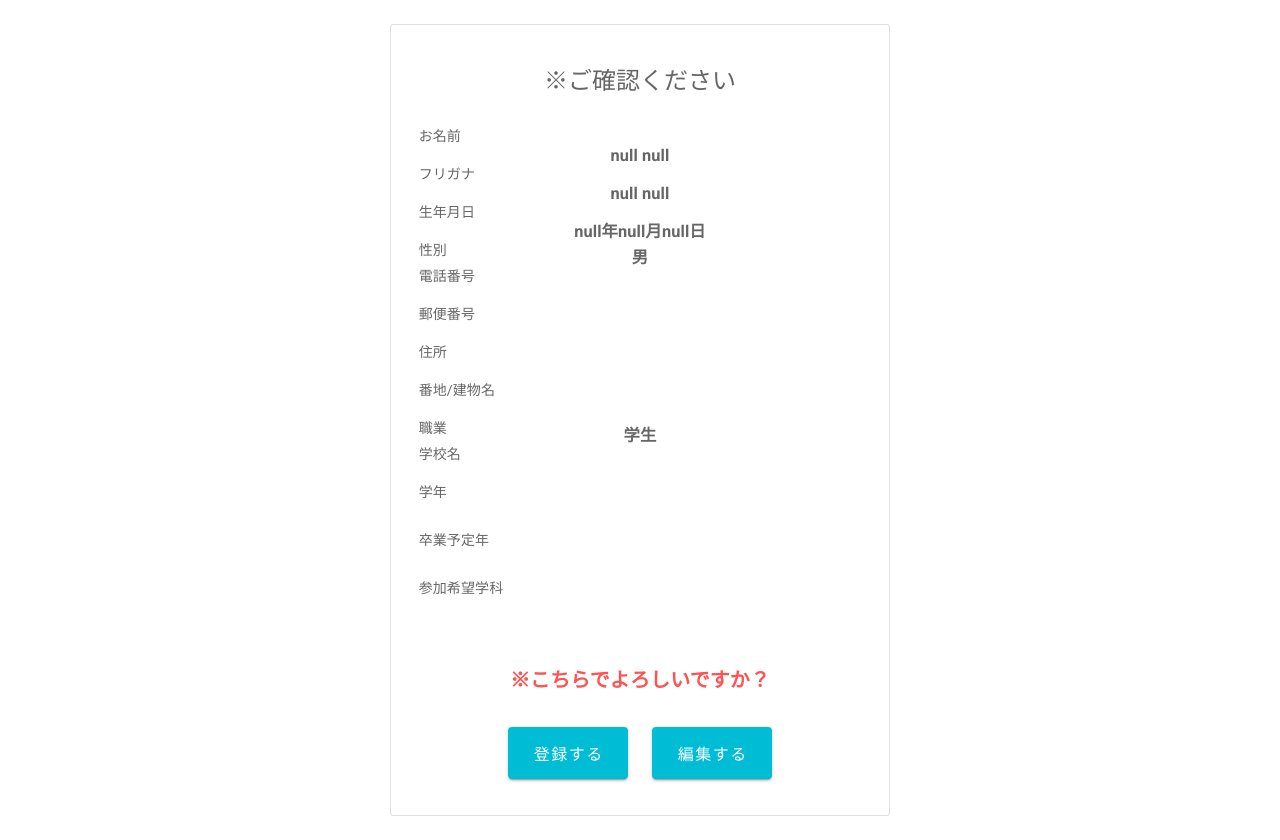
Repository: taniwhy/open-campus-system
Page: /#/register_confirmation (app in client_view/)
The author's editor kept a copy of each file at every save. The page is drawn from the files as they stood at one save, then again after the next save.
The browser window is 1280 px wide. The pictures show the whole page.
The page's requests for data from a server got no answer. The project was rebuilt for these pictures with package versions that can differ from the ones it lists, and the page was loaded fresh each time. No one was signed in, and anything a server would have sent is missing. Also part of the build but not shown: client_view/vue.config.js, client_view/src/views/Home.vue, client_view/src/views/Login.vue, client_view/src/views/Admin.vue, client_view/src/views/Base.vue, client_view/src/components/Register.vue, client_view/src/components/Reregister.vue, client_view/src/components/Reconfirmation.vue and 3 more.

Above is the page before, as saved 2019-12-07 01:53:19.

### client_view/public/index.html
<!DOCTYPE html>
<html lang="en">
  <head>
    <meta charset="utf-8">
    <meta http-equiv="X-UA-Compatible" content="IE=edge">
    <meta name="viewport" content="width=device-width,initial-scale=1.0">
    <link rel="icon" href="<%= BASE_URL %>favicon.ico">
    <title>client_view</title>
    <link rel="stylesheet" href="https://fonts.googleapis.com/css?family=Roboto:100,300,400,500,700,900">
    <link rel="stylesheet" href="https://cdn.jsdelivr.net/npm/@mdi/font@latest/css/materialdesignicons.min.css">
  </head>
  <body>
    <noscript>
      <strong>We're sorry but client_view doesn't work properly without JavaScript enabled. Please enable it to continue.</strong>
    </noscript>
    <div id="app"></div>
    <!-- built files will be auto injected -->
  </body>
</html>

### client_view/src/main.js
/**
 * 全てのページに適用されるScript
 */
import Vue from 'vue'
import App from './App.vue'
import router from './router'
import store from './store'
import vuetify from './plugins/vuetify';

Vue.config.productionTip = false;
Vue.config.devtools = true;

new Vue({
    /***
     * プラグイン設定
     */
    router,
    store,
    vuetify,
    /**
     * App配下をレンダリング
     */
    render: h => h(App)
        /**
         * /public/index.htmlのid: appにマウント
         */
}).$mount('#app')

### client_view/src/App.vue
<template>
  <v-app>
    <router-view></router-view>
  </v-app>
</template>
<script>
/**
 * 全てのページのベース
 */
export default {
  components: {},
  data: () => ({
  })
};
</script>

### client_view/src/store/index.js
import Vue from 'vue'
import Vuex from 'vuex'
import axios from 'axios'
import routes from '../router/index'

Vue.use(Vuex)

axios.defaults.xsrfCookieName = 'csrftoken'
axios.defaults.xsrfHeaderName = 'X-CSRFToken'

/**
 * 全てのページで使用できる全体の状態管理
 */
export default new Vuex.Store({
    /**
     * idTokn: 認証用のトークン
     * loggedIn: ログイン状態管理
     * login_erro: 表示出力判定
     * loading: 表示出力判定
     */
    state: {
        idToken: "",
        loggedIn: false,
        login_error: false,
        loading: false
    },
    getters: {
        idToken: state => state.idToken,
        loggedIn: state => state.loggedIn,
        login_error: state => state.login_error,
        loading: state => state.loading
    },
    mutations: {
        storeIdToken(state, idToken) {
            state.idToken = idToken;
            state.loggedIn = true
        },
        remove_storeIdToken(state) {
            state.idToken = "";
            state.loggedIn = false
        },
        login_success(state) {
            state.login_error = false
        },
        login_error(state) {
            state.login_error = true
        },
        loading_on(state) {
            state.loading = true
        },
        loading_off(state) {
            state.loading = false
        }
    },
    actions: {
        /**
         * ログイン処理
         * @param {Object} auth 認証に使用するIDとPASS
         */
        login({
            commit
        }, auth) {
            commit('login_success')
            commit('loading_on')
            axios
                .post("http://127.0.0.1:8000/auth/", {
                    username: auth.username,
                    password: auth.password,
                })
                /**
                 * 正常終了処理
                 */
                .then(response => {
                    commit('storeIdToken', response.data)
                    routes.push("/admin")
                })
                /**
                 * エラー処理
                 */
                .catch(error => {
                    console.log(error.response);
                    commit('loading_off')
                    commit('login_error')
                });
        },
        /**
         * ログアウト処理
         */
        logout({
            commit
        }) {
            commit('remove_storeIdToken')
            routes.push("/login")
        }
    }
})

### client_view/src/views/FormBase.vue
<!-- フォームのベース -->
<template>
  <div>
    <router-view v-bind:data.sync="data"></router-view>
  </div>
</template>

<script>
import axios from "axios";

export default {
  data() {
    return {
      /**
       * フォームで使用する共通データ
       * @type {Object}
       */
      data: {
        /**
         * APIリクエスト時に付与するパラメタ
         * @type {Object}
         */
        form: {
          family_name: null,
          first_name: null,
          family_name_reading: null,
          first_name_reading: null,
          birth_year: null,
          birth_month: null,
          birth_day: null,
          gender: null,
          phone_number: null,
          postal_code: null,
          street_address: null,
          address: null,
          job: null,
          school_name: "",
          school_year: "",
          graduate_year: "",
          graduate_check: false,
          graduate_qualification: false
        },
        /**
         * 性別の初期値
         * @type {Boolean}
         */
        picked: null,
        /**
         * 職業の初期値
         * @type {Boolean}
         */
        picked_job: null,
        /**
         * 既卒判定の初期値
         * @type {Boolean}
         */
        picked_guraduate_check: null,
        /**
         * 高認判定の初期値
         * @type {Boolean}
         */
        picked_graduate_qualification: null,
        /**
         * 参加希望学科
         * @type {String}
         */
        join_subject: null,
        /**
         * 学生/既卒フォーム表示判定
         * @type {Boolean}
         */
        student_check: true,
        /**
         * 誕生年のセレクトデータ
         * @type {String}}
         */
        years_list: [],
        /**
         * 誕生月のセレクトデータ
         * @type {String}}
         */
        months_list: [],
        /**
         * 誕生日のセレクトデータ
         * @type {String}}
         */
        days_list: [],
        /**
         * 学年のセレクトデータ
         * @type {String}}
         */
        school_year_list: ["1学年", "2学年", "3学年", "4学年"],
        /**
         * 卒業年のセレクトデータ
         * @type {String}}
         */
        graduate_year_list: ["2020年", "2021年", "2022年", "2023年"],
        /**
         * 参加希望学科のセレクトデータ
         * @type {String}}
         */
        subject_list: []
      }
    };
  },
  mounted: function() {
    this.create_birth();
    axios
      .get("http://127.0.0.1:8000/api/subject/")
      .then(response => this.subject_push(response.data));
  },
  methods: {
    create_birth: function() {
      for (var y = 2019; y >= 1900; y--) {
        this.data.years_list.push(y);
      }
      for (var m = 1; m < 13; m++) {
        this.data.months_list.push(m);
      }
      for (var d = 1; d < 32; d++) {
        this.data.days_list.push(d);
      }
    },
    subject_push: function(response) {
      for (var key in response) {
        this.data.subject_list.push(response[key].subject_name);
      }
    }
  }
};
</script>

### client_view/src/components/RegisterConfirmation.vue
<template>
  <v-app>
    <v-content>
      <br />
      <!-- フォーム用カード -->
      <v-card class="mx-auto" width="500px" max-width="90%" outlined>
        <v-card-text>
          <v-col align="center" justify="center">
            <v-list-item-content>
              <v-list-item-title class="headline mb-1">※ご確認ください</v-list-item-title>
            </v-list-item-content>
          </v-col>

          <!-- カード配置用コンテナ -->
          <v-container style="width: 95%;" fluid>
            <v-row style="height: 20px;">
              <p style="text-align: left;">お名前</p>
            </v-row>
            <v-row style="height: 20px;" justify="center">
              <h3 style="text-align: left;">{{data.form.family_name + " " +data.form.first_name}}</h3>
            </v-row>
            <br />
            <!-- フリガナフォーム -->
            <v-row style="height: 20px;">
              <p style="text-align: left;">フリガナ</p>
            </v-row>
            <v-row style="height: 20px;" justify="center">
              <h3
                style="text-align: left;"
              >{{data.form.family_name_reading + " " + data.form.first_name_reading}}</h3>
            </v-row>
            <br />

            <!-- 生年月日フォーム -->
            <v-row style="height: 20px;">
              <p style="text-align: left;">生年月日</p>
            </v-row>

            <v-row style="height: 20px;" justify="center">
              <h3
                style="text-align: left;"
              >{{data.form.birth_year + "年" + data.form.birth_month + "月" + data.form.birth_day + "日"}}</h3>
            </v-row>
            <br />

            <!-- 性別フォーム -->
            <v-row style="height: 20px;">
              <p style="text-align: left;">性別</p>
            </v-row>
            <div v-if="data.form.gender">
              <v-row style="height: 20px;" justify="center">
                <h3 style="text-align: left;">女</h3>
              </v-row>
              <br />
            </div>
            <div v-if="!data.form.gender">
              <v-row style="height: 20px;" justify="center">
                <h3 style="text-align: left;">男</h3>
              </v-row>
              <br />
            </div>

            <!-- 電話番号フォーム -->
            <v-row style="height: 20px;">
              <p style="text-align: left;">電話番号</p>
            </v-row>
            <v-row style="height: 20px;" justify="center">
              <h3 style="text-align: left;">{{data.form.phone_number}}</h3>
            </v-row>
            <br />

            <!-- 郵便番号フォーム -->
            <v-row style="height: 20px;">
              <p style="text-align: left;">郵便番号</p>
            </v-row>
            <v-row style="height: 20px;" justify="center">
              <h3 style="text-align: left;">{{data.form.postal_code}}</h3>
            </v-row>
            <br />

            <!-- 住所フォーム -->
            <v-row style="height: 20px;">
              <p style="text-align: left;">住所</p>
            </v-row>
            <v-row style="height: 20px;" justify="center">
              <h3 style="text-align: left;">{{data.form.street_address}}</h3>
            </v-row>
            <br />

            <!-- 番地/建物名フォーム -->
            <v-row style="height: 20px;">
              <p style="text-align: left;">番地/建物名</p>
            </v-row>
            <v-row style="height: 20px;" justify="center">
              <h3 style="text-align: left;">{{data.form.address}}</h3>
            </v-row>
            <br />

            <!-- 職業フォーム -->
            <v-row style="height: 20px;">
              <p style="text-align: left;">職業</p>
            </v-row>
            <div v-if="data.student_check">
              <v-row style="height: 20px;" justify="center">
                <h3 style="text-align: left;">学生</h3>
              </v-row>
              <br />
            </div>
            <div v-if="!data.student_check">
              <v-row style="height: 20px;" justify="center">
                <h3 style="text-align: left;">その他</h3>
              </v-row>
              <br />
            </div>

            <!-- 職業が学生なら表示 -->
            <div v-if="data.student_check">
              <v-row style="height: 20px;">
                <p style="text-align: left;">学校名</p>
              </v-row>
              <v-row style="height: 20px;" justify="center">
                <h3 style="text-align: left;">{{data.form.school_name}}</h3>
              </v-row>
              <br />

              <v-row style="height: 30px;">
                <p style="text-align: left;">学年</p>
              </v-row>
              <v-row style="height: 20px;" justify="center">
                <h3 style="text-align: left;">{{data.form.school_year}}</h3>
              </v-row>
              <br />

              <v-row style="height: 30px;">
                <p style="text-align: left;">卒業予定年</p>
              </v-row>
              <v-row style="height: 20px;" justify="center">
                <h3 style="text-align: left;">{{data.form.graduate_year}}</h3>
              </v-row>
              <br />
            </div>

            <!-- 職業がその他なら表示 -->
            <div v-if="!data.student_check">
              <v-row style="height: 30px;">
                <p style="text-align: left;">高校卒業済み</p>
              </v-row>
              <div v-if="data.form.graduate_check">
                <v-row style="height: 20px;" justify="center">
                  <h3 style="text-align: left;">はい</h3>
                </v-row>
                <br />
              </div>
              <div v-if="!data.form.graduate_check">
                <v-row style="height: 20px;" justify="center">
                  <h3 style="text-align: left;">いいえ</h3>
                </v-row>
                <br />
              </div>
              <v-row style="height: 30px;">
                <p style="text-align: left;">高等学校卒業程度認定試験取得済み</p>
              </v-row>
              <div v-if="data.form.graduate_qualification">
                <v-row style="height: 20px;" justify="center">
                  <h3 style="text-align: left;">はい</h3>
                </v-row>
                <br />
              </div>
              <div v-if="!data.form.graduate_qualification">
                <v-row style="height: 20px;" justify="center">
                  <h3 style="text-align: left;">いいえ</h3>
                </v-row>
                <br />
              </div>
            </div>

            <!-- 参加希望学科フォーム -->
            <v-row style="height: 30px;">
              <p style="text-align: left;">参加希望学科</p>
            </v-row>
            <v-row style="height: 20px;" justify="center">
              <h3 style="text-align: left;">{{data.join_subject}}</h3>
            </v-row>
            <br />
            <br />
            <br />

            <v-row align="center" justify="center">
              <div max-width="95%">
                <p style="font-size: 20px;color: #FF5252; font-weight: 600;">※こちらでよろしいですか？</p>
              </div>
              <v-card-actions>
                <v-col>
                  <v-btn
                    class="white--text"
                    x-large
                    app
                    color="cyan"
                    dark
                    width="120px"
                    v-on:click="form_post"
                    @click="overlay = true"
                  >登録する</v-btn>
                </v-col>
                <v-col>
                  <v-btn
                    class="white--text"
                    x-large
                    app
                    color="cyan"
                    dark
                    width="120px"
                    v-on:click="$router.back()"
                  >編集する</v-btn>
                </v-col>
              </v-card-actions>
            </v-row>
            <!-- 登録ボタン -->
          </v-container>
        </v-card-text>
      </v-card>
      <div class="text-center">
        <v-overlay :value="overlay" color="grey darken-4">
          <div v-if="loading">
            <v-progress-circular :size="50" color="light-blue lighten-3" indeterminate></v-progress-circular>
          </div>
          <div v-if="succeeded_register">
            <h2>登録完了しました!</h2>
            <v-btn x-large flat to="/" class="ma-2" app color="cyan" dark width="120px">OK</v-btn>
          </div>
          <div v-if="failed_register">
            <h2>登録が成功しませんでした。</h2>
            <h2>もう一度最初からお願いします。</h2>
            <v-btn x-large flat to="/" class="ma-2" app color="cyan" dark width="120px">戻る</v-btn>
          </div>
        </v-overlay>
      </div>
      <br />
    </v-content>
  </v-app>
</template>

<script>
import axios from "axios";
import settings from "..//local_settings.json";

export default {
  props: {
    /**
     * バインディングデータ
     */
    data: Object
  },
  data() {
    return {
      /**
       * ヘッダーに付与する認証情報
       * @type {json}
       */
      settings: settings,
      /**
       * POST送信時に付与するパラメタ
       * @type {json}
       */
      form: {},
      /**
       * POST送信時のフォームに付与する生年月日フィールド
       * @type {String}
       */
      birthday: null,
      /**
       * POST送信時のローディング用オーバーレイ表示判定
       * @type {Boolean}
       */
      overlay: false,
      /**
       * ローディングアニメーション表示判定
       * @type {Boolean}
       */
      loading: true,
      /**
       * 登録成功表示判定
       * @type {Boolean}
       */
      succeeded_register: false,
      /**
       * 登録失敗表示判定
       * @type {Boolean}
       */
      failed_register: false
    };
  },
  methods: {
    /**
     * POST送信時に付与するパラメタのフォーマット
     */
    form_format() {
      this.birthday =
        this.data.form.birth_year +
        "-" +
        this.data.form.birth_month +
        "-" +
        this.data.form.birth_day;
      this.form = {
        family_name: this.data.form.family_name,
        first_name: this.data.form.first_name,
        family_name_reading: this.data.form.family_name_reading,
        first_name_reading: this.data.form.first_name_reading,
        birthday: this.birthday,
        gender: this.data.form.gender,
        phone_number: this.data.form.phone_number,
        postal_code: this.data.form.postal_code,
        street_address: this.data.form.street_address,
        address: this.data.form.address,
        job: this.data.form.job,
        school_name: this.data.form.school_name,
        school_year: this.data.form.school_year,
        graduate_year: this.data.form.graduate_year,
        graduated_check: this.data.form.graduate_check,
        graduate_qualification: this.data.form.graduate_qualification
      };
    },
    /**
     * 参加者情報のbhgbbbbbbbbb５６ＭＭＭＭＭPOST送信
     */
    form_post() {
      this.form_format();
      console.log(this.form);
      axios
        .post("http://127.0.0.1:8000/api/participant/", this.form, {
          auth: { username: settings["name"], password: settings["pass"] }
        })
        .then(response => this.succeeded_registerd(response))
        .catch(error => {
          this.failed_register(error);
        });
    },
    succeeded_registerd(response) {
      console.log(response);
      this.loading = false;
      this.succeeded_register = true;
    },
    create_error(response) {
      console.log(response);
      this.loading = false;
      this.failed_register = true;
    }
  }
};
</script>

Loaded but not shown: client_view/src/plugins/vuetify.js (common file); client_view/src/local_settings.json (4 lines, source omitted); client_view/src/router/index.js (101 lines, source omitted)

After the next save:
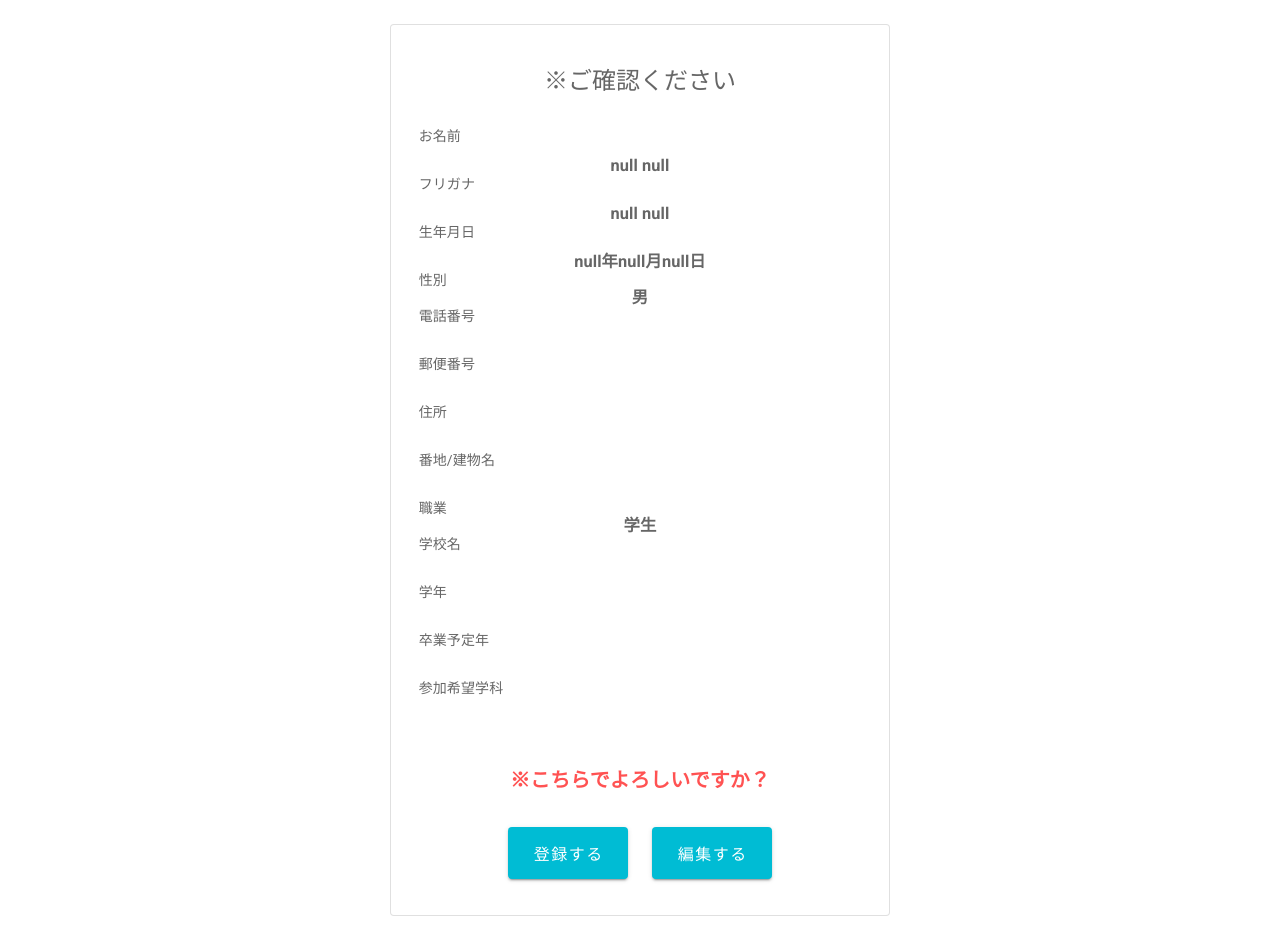
Saved 37 s later.
--- a/client_view/src/components/RegisterConfirmation.vue
+++ b/client_view/src/components/RegisterConfirmation.vue
@@ -13,7 +13,7 @@
 
           <!-- カード配置用コンテナ -->
           <v-container style="width: 95%;" fluid>
-            <v-row style="height: 20px;">
+            <v-row style="height: 30px;">
               <p style="text-align: left;">お名前</p>
             </v-row>
             <v-row style="height: 20px;" justify="center">
@@ -21,7 +21,7 @@
             </v-row>
             <br />
             <!-- フリガナフォーム -->
-            <v-row style="height: 20px;">
+            <v-row style="height: 30px;">
               <p style="text-align: left;">フリガナ</p>
             </v-row>
             <v-row style="height: 20px;" justify="center">
@@ -32,7 +32,7 @@
             <br />
 
             <!-- 生年月日フォーム -->
-            <v-row style="height: 20px;">
+            <v-row style="height: 30px;">
               <p style="text-align: left;">生年月日</p>
             </v-row>
 
@@ -44,7 +44,7 @@
             <br />
 
             <!-- 性別フォーム -->
-            <v-row style="height: 20px;">
+            <v-row style="height: 30px;">
               <p style="text-align: left;">性別</p>
             </v-row>
             <div v-if="data.form.gender">
@@ -61,7 +61,7 @@
             </div>
 
             <!-- 電話番号フォーム -->
-            <v-row style="height: 20px;">
+            <v-row style="height: 30px;">
               <p style="text-align: left;">電話番号</p>
             </v-row>
             <v-row style="height: 20px;" justify="center">
@@ -70,7 +70,7 @@
             <br />
 
             <!-- 郵便番号フォーム -->
-            <v-row style="height: 20px;">
+            <v-row style="height: 30px;">
               <p style="text-align: left;">郵便番号</p>
             </v-row>
             <v-row style="height: 20px;" justify="center">
@@ -79,7 +79,7 @@
             <br />
 
             <!-- 住所フォーム -->
-            <v-row style="height: 20px;">
+            <v-row style="height: 30px;">
               <p style="text-align: left;">住所</p>
             </v-row>
             <v-row style="height: 20px;" justify="center">
@@ -88,7 +88,7 @@
             <br />
 
             <!-- 番地/建物名フォーム -->
-            <v-row style="height: 20px;">
+            <v-row style="height: 30px;">
               <p style="text-align: left;">番地/建物名</p>
             </v-row>
             <v-row style="height: 20px;" justify="center">
@@ -97,7 +97,7 @@
             <br />
 
             <!-- 職業フォーム -->
-            <v-row style="height: 20px;">
+            <v-row style="height: 30px;">
               <p style="text-align: left;">職業</p>
             </v-row>
             <div v-if="data.student_check">
@@ -115,7 +115,7 @@
 
             <!-- 職業が学生なら表示 -->
             <div v-if="data.student_check">
-              <v-row style="height: 20px;">
+              <v-row style="height: 30px;">
                 <p style="text-align: left;">学校名</p>
               </v-row>
               <v-row style="height: 20px;" justify="center">
